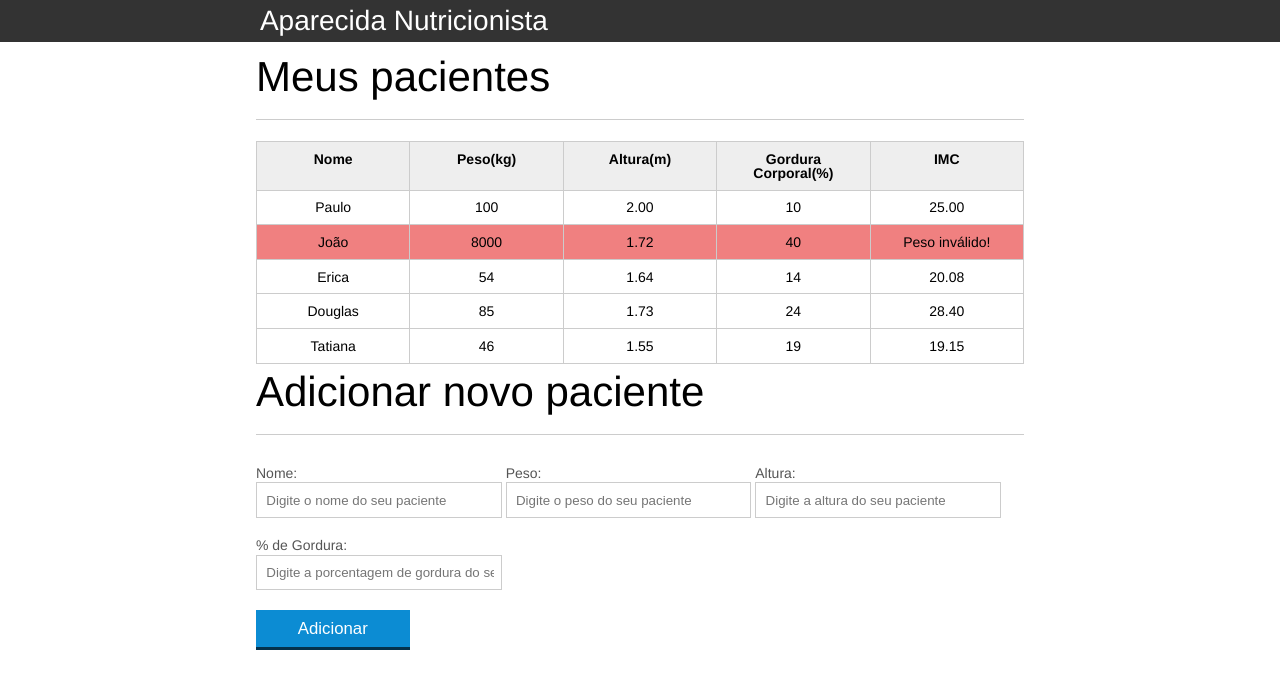
Repository: GabbLps/Controle-de-Clientes-Alura
Page: index.html
An editor plug-in stored every save of this project. The page is shown before and after the next save, followed by the edit.
The browser window is 1280 px wide. The pictures show the whole page.

Above is the page before, as saved 2022-05-10 17:26:41.

After the next save:
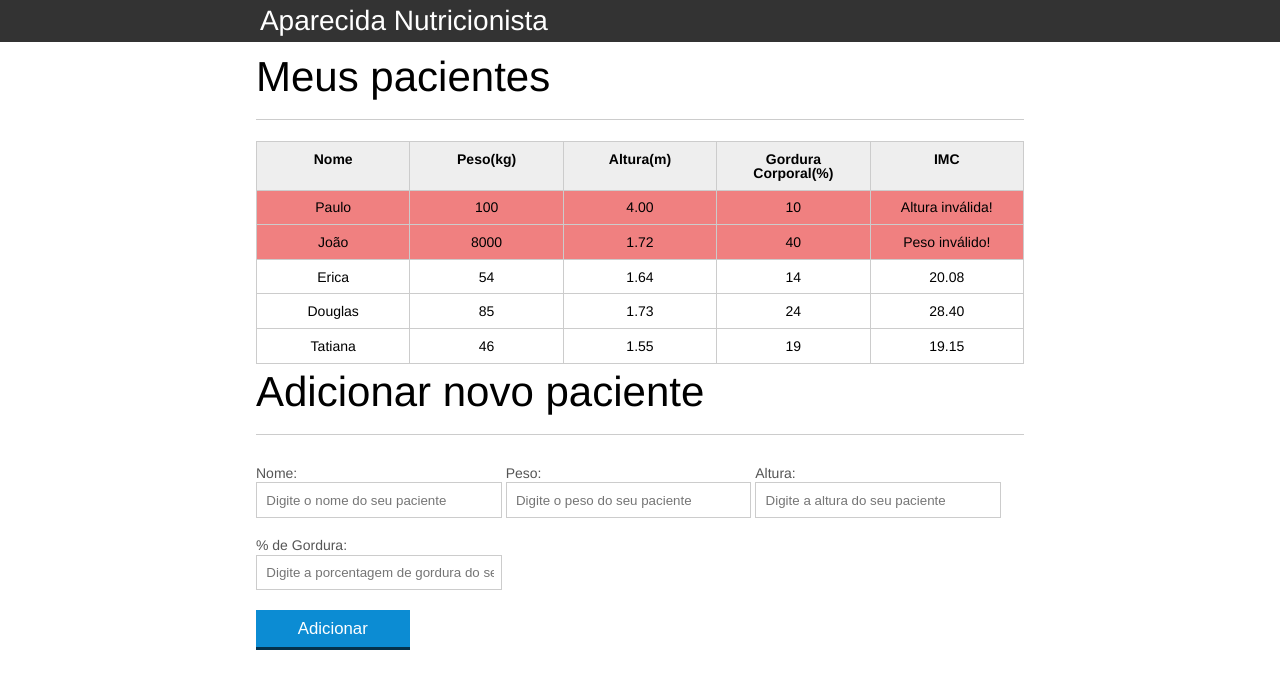
Saved 4 min 55 s later.
--- a/index.html
+++ b/index.html
@@ -32,7 +32,7 @@
 						<tr class="paciente" id="primeiro-paciente" >
 							<td class="info-nome">Paulo</td>
 							<td class="info-peso">100</td>
-							<td class="info-altura">2.00</td>
+							<td class="info-altura">4.00</td>
 							<td class="info-gordura">10</td>
 							<td class="info-imc">0</td>
 						</tr>
